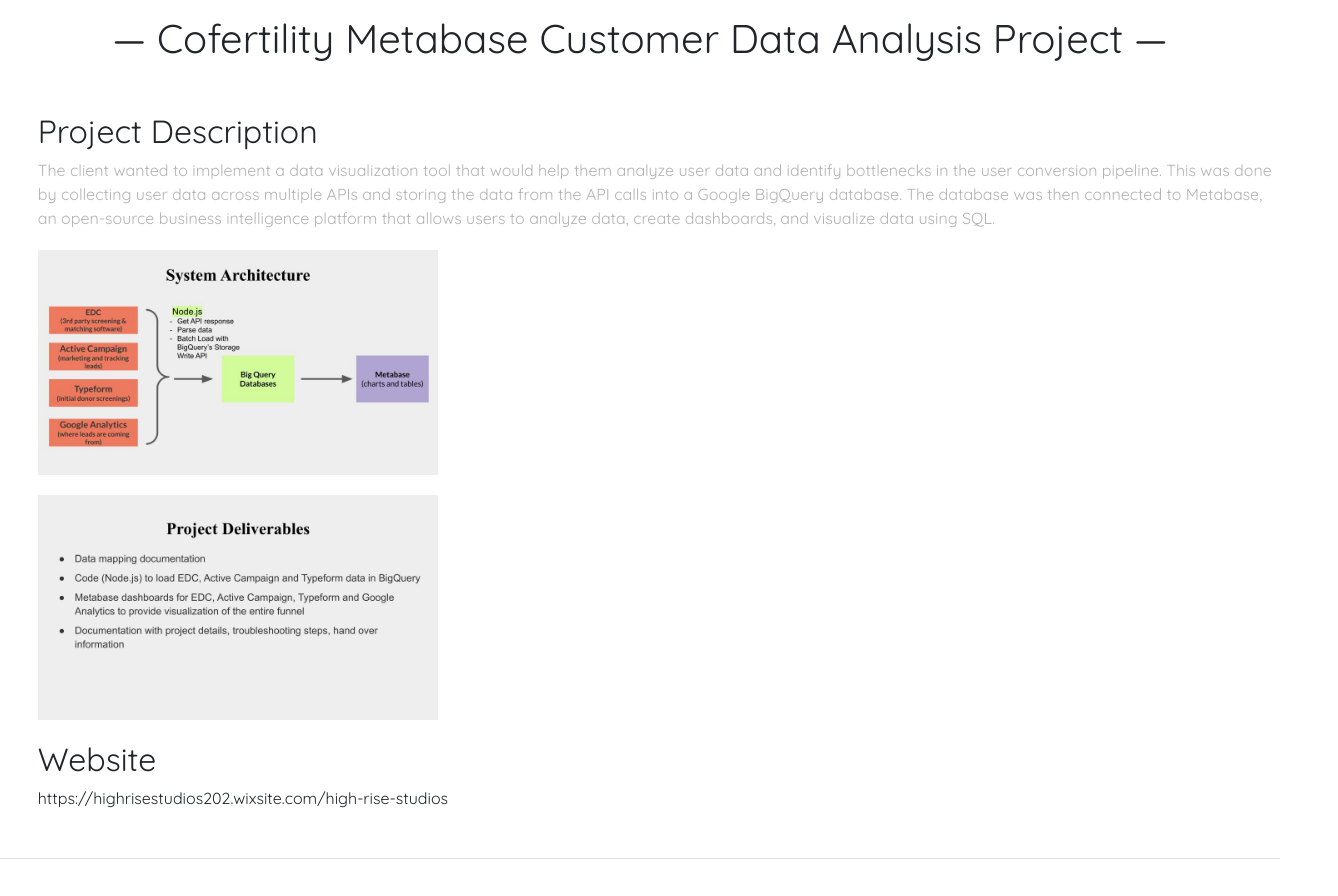
Repository: schon02/seoyun-chon-portfolio
Page: projects_cofertility_page.html
An editor plug-in stored every save of this project. The page is shown before and after the next save, followed by the edit.
The browser window is 1280 px wide. The page is 1338 px wide, so the pictures cover 1338 px, including what lies to the right of the window. The pictures show the part of the page from y = 784 to 1680 px (the page is 1918 px tall before and 2031 px after).

Above is the page before, as saved 2025-01-31 19:22:31.

After the next save:
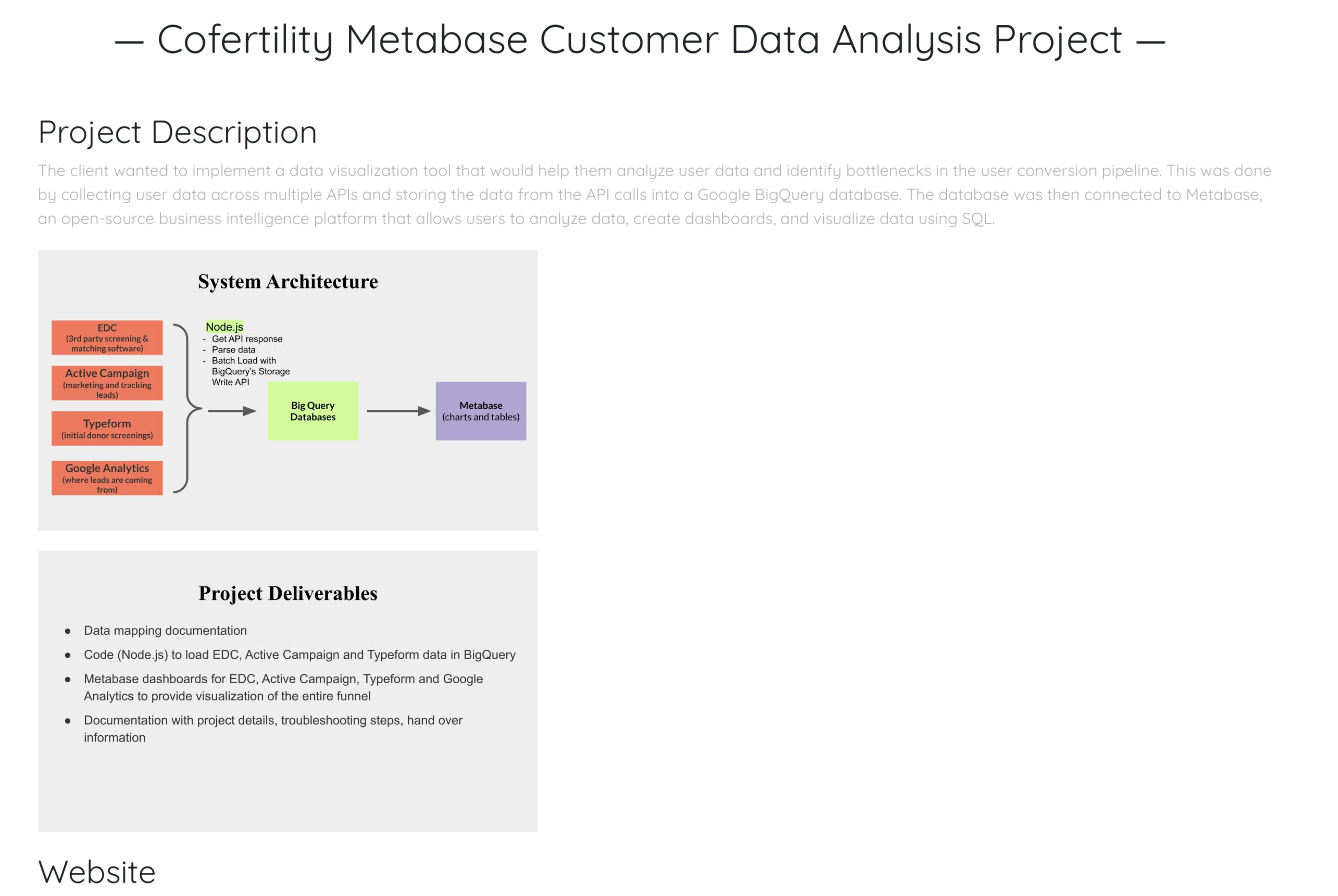
Saved 3 h 47 min later.
--- a/projects_cofertility_page.html
+++ b/projects_cofertility_page.html
@@ -140,9 +140,9 @@
             allows users to analyze data, create dashboards, and visualize
             data using SQL. </p>
           <p><img src="images/cofertility_system_architecture.jpg"
-            style="width:400px; padding-top: 0.1cm;"></p>
+            style="width:500px; padding-top: 0.1cm;"></p>
           <p><img src="images/cofertility_project_deliverables.jpg"
-            style="width:400px; padding-top: 0.1cm;"></p>
+            style="width:500px; padding-top: 0.1cm;"></p>
           <h2 style="padding-top: 0.1cm;">Website</h2>
           <a href="https://highrisestudios202.wixsite.com/high-rise-studios" class="text-reset"> https://highrisestudios202.wixsite.com/high-rise-studios </a>
         </div>
